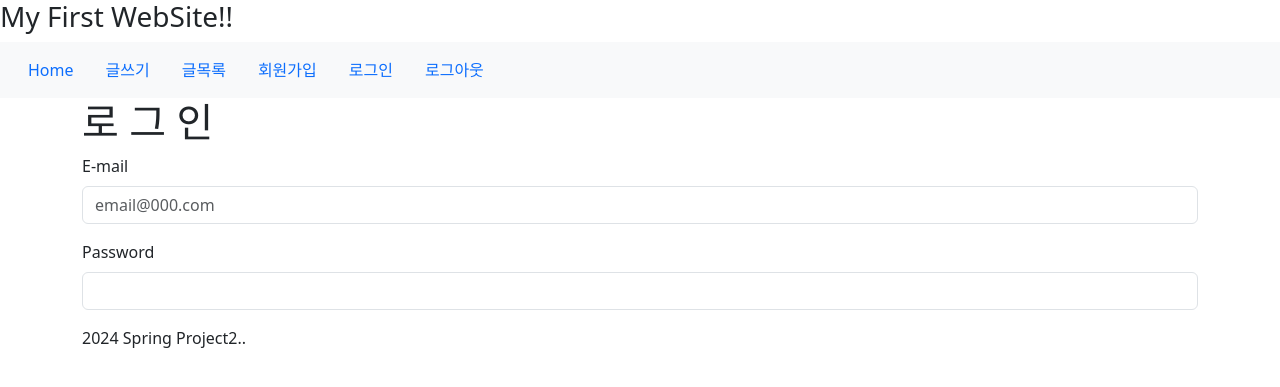
Repository: nefer2/Spring_Study
Page: http://localhost/spring_test2/WEB-INF/views/member/login.jsp
These files come from the project's save history. The page is drawn as it stood at one moment and after the next save; the edit follows.
The browser window is 1280 px wide. The pictures show the whole page.
The page is served by Tomcat 9. Nobody is signed in. Other server files are loaded and not shown. The template is opened directly, without the code that normally fills it, so the values that code supplies are empty.

Above is the page before, as saved 2024-01-15 01:09:56.

### spring_test2/src/main/webapp/WEB-INF/views/member/login.jsp
<%@ page language="java" contentType="text/html; charset=UTF-8"
    pageEncoding="UTF-8"%>

<jsp:include page="../layout/header.jsp"></jsp:include>
<jsp:include page="../layout/navbar.jsp"></jsp:include>

<div class="container-md">
<h1>로  그  인</h1>

<form action="/member/login" method="post">
<div class="mb-3">
  <label for="email" class="form-label">E-mail</label>
  <input type="email" name="email" class="form-control" id="email" placeholder="email@000.com">
</div>
<div class="mb-3">
  <label for="password" class="form-label">Password</label>
  <input type="password" name="pwd" class="form-control" id="pwd">
</div>


<jsp:include page="../layout/footer.jsp"></jsp:include>

### spring_test2/src/main/webapp/WEB-INF/views/layout/header.jsp
<%@ page language="java" contentType="text/html; charset=UTF-8"
    pageEncoding="UTF-8"%>
<!DOCTYPE html>
<html>

<head>
<h3>My First WebSite!!</h3>
</head>

### spring_test2/src/main/webapp/WEB-INF/views/layout/navbar.jsp
<%@ page language="java" contentType="text/html; charset=UTF-8"
    pageEncoding="UTF-8"%>

<script src="https://cdn.jsdelivr.net/npm/bootstrap@5.3.1/dist/js/bootstrap.bundle.min.js" integrity="sha384-HwwvtgBNo3bZJJLYd8oVXjrBZt8cqVSpeBNS5n7C8IVInixGAoxmnlMuBnhbgrkm" crossorigin="anonymous"></script>
<link href="https://cdn.jsdelivr.net/npm/bootstrap@5.3.1/dist/css/bootstrap.min.css" rel="stylesheet" integrity="sha384-4bw+/aepP/YC94hEpVNVgiZdgIC5+VKNBQNGCHeKRQN+PtmoHDEXuppvnDJzQIu9" crossorigin="anonymous">

    <nav class="navbar navbar-expand-lg bg-body-tertiary">
  <div class="container-fluid">
    <button class="navbar-toggler" type="button" data-bs-toggle="collapse" data-bs-target="#navbarNav" aria-controls="navbarNav" aria-expanded="false" aria-label="Toggle navigation">
      <span class="navbar-toggler-icon"></span>
    </button>
    <div class="collapse navbar-collapse" id="navbarNav">
      <ul class="nav justify-content-center">
        <li class="nav-item">
          <a class="nav-link active" href="/">Home</a>
        </li>
        <li class="nav-item">
          <a class="nav-link" href="/board/register">글쓰기</a>
        </li>
        <li class="nav-item">
          <a class="nav-link" href="/board/list">글목록</a>
        </li>
             <li class="nav-item">
          <a class="nav-link" href="/member/register">회원가입</a>
        </li>
        <li class="nav-item">
          <a class="nav-link" href="#">로그인</a>
        </li>
        <li class="nav-item">
          <a class="nav-link" href="#">로그아웃</a>
        </li>
      </ul>
    </div>
  </div>
</nav>

### spring_test2/src/main/webapp/WEB-INF/views/layout/footer.jsp
<%@ page language="java" contentType="text/html; charset=UTF-8"
    pageEncoding="UTF-8"%>



<div>2024 Spring Project2..</div>



</body>
</html>

After the next save:
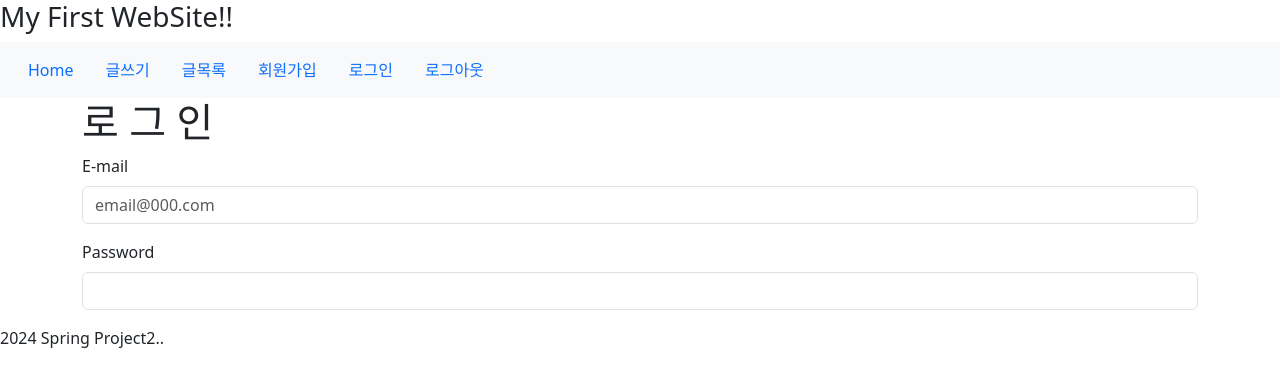
Saved 13 s later.
--- a/spring_test2/src/main/webapp/WEB-INF/views/member/login.jsp
+++ b/spring_test2/src/main/webapp/WEB-INF/views/member/login.jsp
@@ -16,6 +16,7 @@
   <label for="password" class="form-label">Password</label>
   <input type="password" name="pwd" class="form-control" id="pwd">
 </div>
-
+</form>
+</div>
 
 <jsp:include page="../layout/footer.jsp"></jsp:include>
